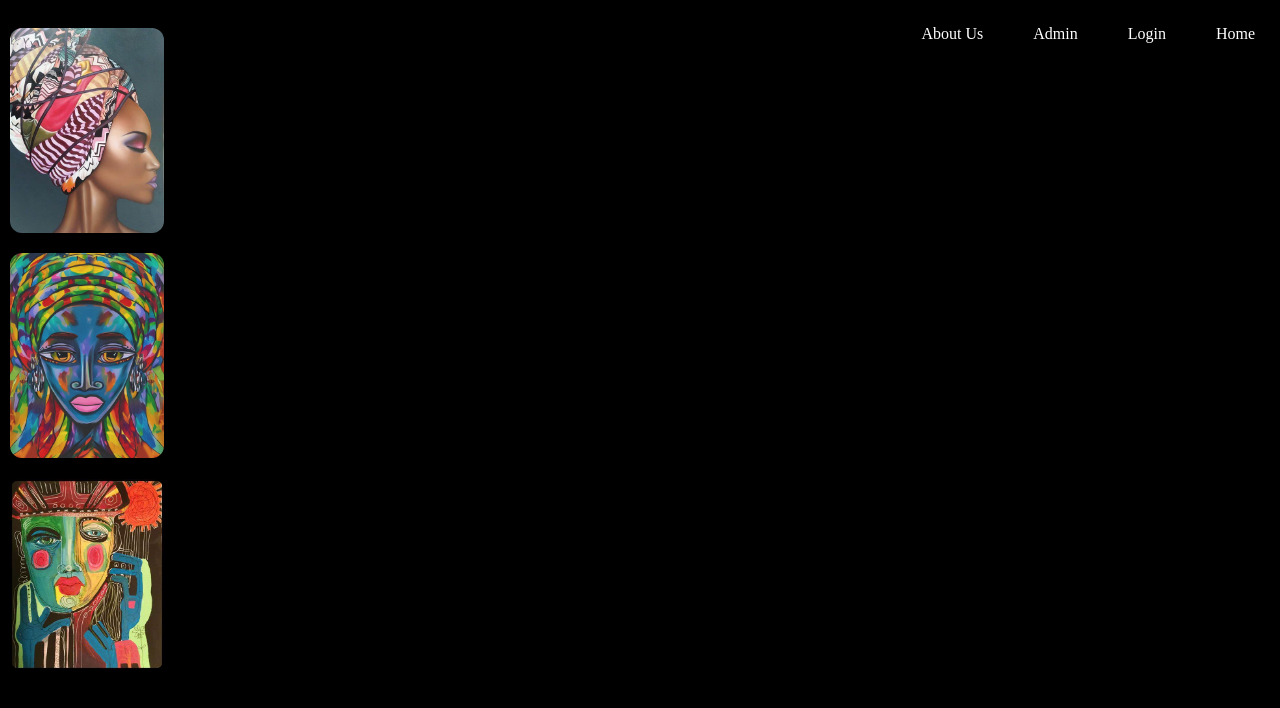
Repository: prathyushaa5/artgallery
Page: index.html
An editor plug-in stored every save of this project. The page is shown before and after the next save, followed by the edit.
The browser window is 1280 px wide. The pictures show the whole page.

Above is the page before, as saved 2023-11-09 23:39:23.

### index.html
<!DOCTYPE html>
<html lang="en">
<head>
    <meta charset="UTF-8">
    <meta name="viewport" content="width=device-width, initial-scale=1.0">
    <title>Document</title>
    <link rel="stylesheet" href="style1.css">
</head>
<body>
    <div class="navbar">
    <a class="home">Home</a>
    <a class="login">Login</a>
    <a class="admin">Admin</a>
    <a class="aboutUs">About Us</a>

    </div>
    <div class="sidebar">
    <img src="../PProject/img1.jpg" alt="art"  class="img">
    <img src="../PProject/img2.jpg" alt="art"  class="img">
    <img src="../PProject/img3.jpg" alt="art" class="img">

    </div>
</body>
</html>

### style1.css
body{
    margin:0px;
    padding:0px;
    background-color:#000000;
}
.navbar{
    width:100%;
    height:8vh;
    background-color:#000000;
    display:flex;
    flex-direction:row-reverse;
    color:white;



}
.home,.login,.admin,.aboutUs{
  padding:25px;
}
.home:hover,.login:hover,.admin:hover,.aboutUs:hover{
    color:grey;
  }
.sidebar{
    height:92vh;
    width:20%;
    background-color:#000000;
    display:flex;
    flex-direction:column;
    justify-content:space-around;
    position:relative;
    bottom:40px;

}
img.img{
    position:relative;
    animation:anim 5s infinite;
    margin:2px 10px;
    width:60%;
    border-radius:12px;
}
@keyframes anim{
    0%{

    }
    25%{

    }
    50%{

    }
    100%{

    }
}

After the next save:
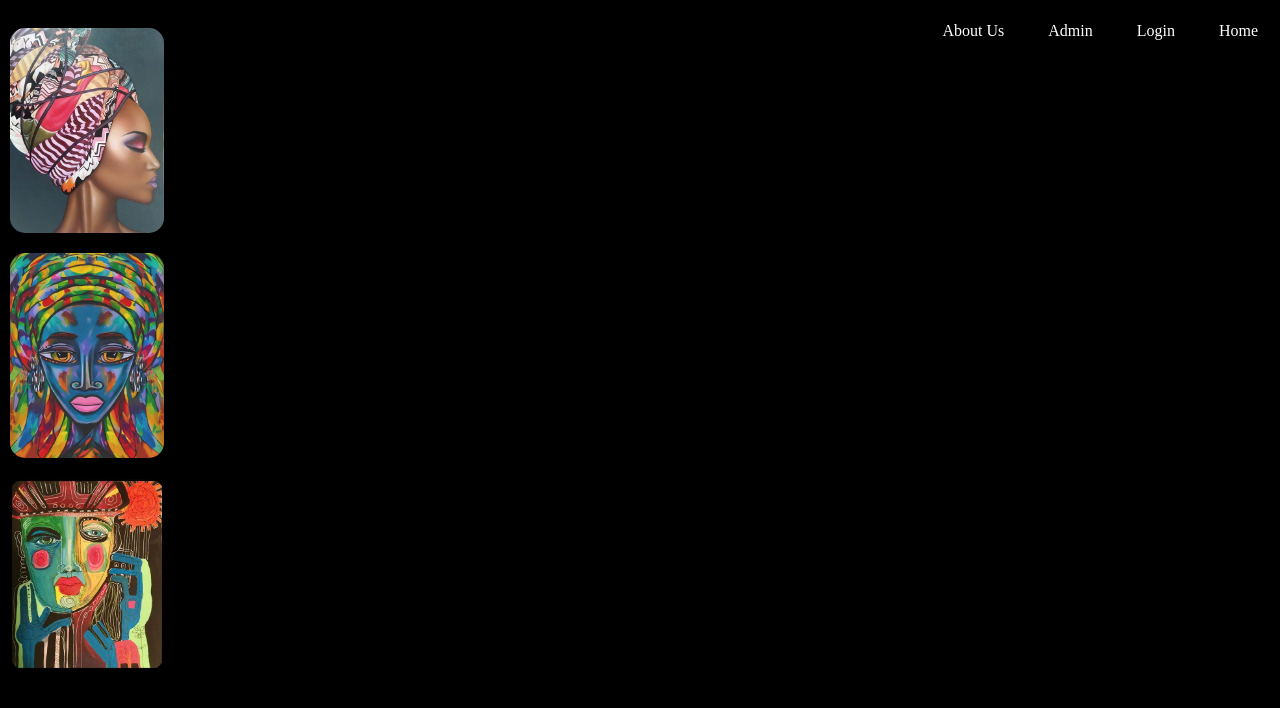
Saved 6 s later.
--- a/style1.css
+++ b/style1.css
@@ -15,7 +15,7 @@
 
 }
 .home,.login,.admin,.aboutUs{
-  padding:25px;
+  padding:22px;
 }
 .home:hover,.login:hover,.admin:hover,.aboutUs:hover{
     color:grey;
@@ -36,7 +36,7 @@
     animation:anim 5s infinite;
     margin:2px 10px;
     width:60%;
-    border-radius:12px;
+    border-radius:15px;
 }
 @keyframes anim{
     0%{
